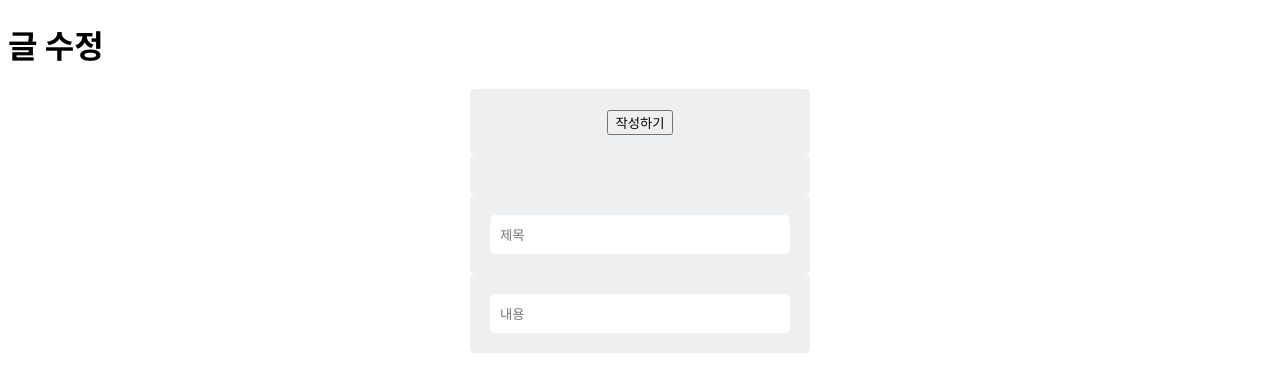
Repository: tae10/app-board-solo
Page: http://localhost/app-board/modify
The author's editor kept a copy of each file at every save. The page is drawn from the files as they stood at one save, then again after the next save.
The browser window is 1280 px wide. The pictures show the whole page.
The page is served by Tomcat 9. Queries for data that is not in the repository find no rows.

Above is the page before, as saved 2023-04-11 12:50:27.

After the next save:
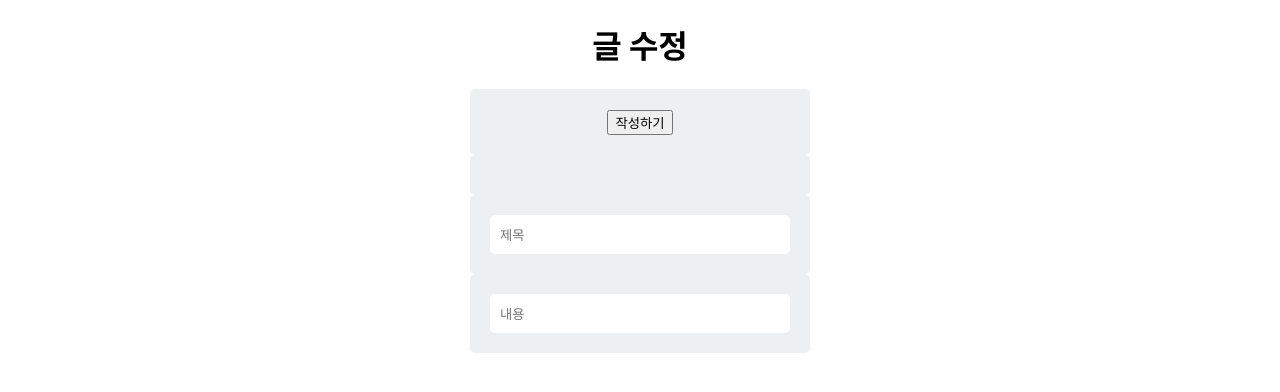
Saved 20 s later.
--- a/app-board/src/main/webapp/WEB-INF/views/board/setting.jsp
+++ b/app-board/src/main/webapp/WEB-INF/views/board/setting.jsp
@@ -9,7 +9,7 @@
 <link rel="stylesheet" href="/resource/css/style.css?${millis }">
 </head>
 <body >
-	<h1>글 수정</h1>
+	<h1 style="text-align: center;">글 수정</h1>
 	<c:if test="${param.cause eq 'error' }">
 		글의 양식이 맞지 않습니다. 다시 작성해주세요
 	</c:if>
